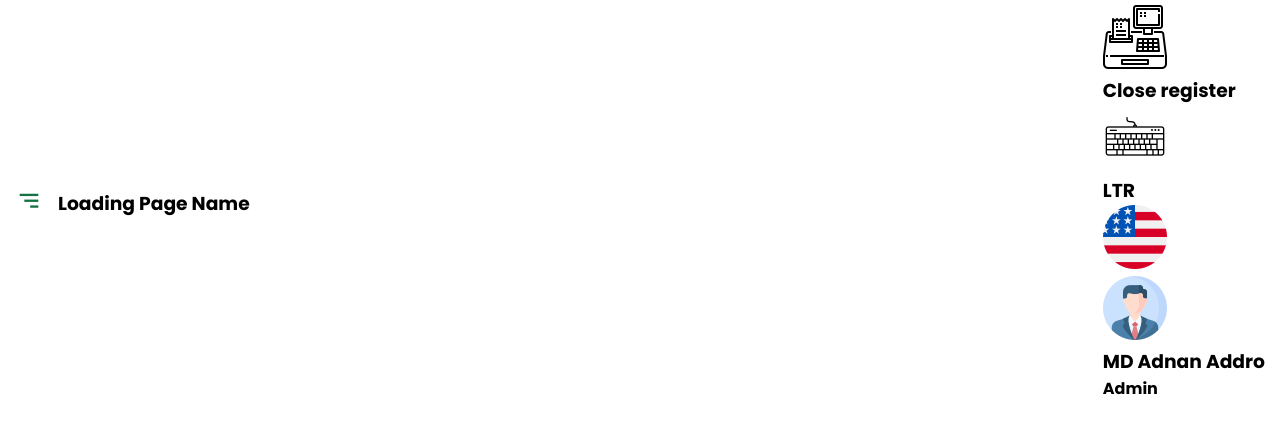
Repository: codebyaddro/pos-navbar
Page: index.html
The author's editor kept a copy of each file at every save. The page is drawn from the files as they stood at one save, then again after a run of saves.
The browser window is 1280 px wide. The pictures show the whole page.

Above is the page before, as saved 2025-02-13 14:48:19.

### index.html
<!DOCTYPE html>
<html lang="en">
<head>
    <meta charset="UTF-8">
    <meta name="viewport" content="width=device-width, initial-scale=1.0">
    <!-- CSS -->
    <link rel="stylesheet" href="/css/style.css">
    <!-- Icons -->
    <link href='https://unpkg.com/boxicons@2.1.4/css/boxicons.min.css' rel='stylesheet'>
    <title>Navbar - Block</title>
</head>
<body>
    <nav class="cba-nav-container">
        <div class="cba-nav-side-menu-toggle-icon-loading-pagename">
            <div class="cba-nav-side-menu-toggle-icon">
                <!-- toggle first icon -->
                <i class='t-icon-open bx bx-menu-alt-right' id="iconDisplay" onclick="toggleIcon()"></i>
                <!-- toggle second icon -->
                <!-- <i class='t-icon-close bx bx-menu-alt-left' id="iconDisplay" onclick="toggleIcon()"></i> -->
                <!--todo: one of the toggle icon should be commented-->
            </div>
            <div class="cba-nav-loading-pagename">
                <h3>Loading Page Name</h3>
            </div>
        </div>
        <div class="cba-nav-features-user-logo-name">
            <div class="cba-nav-features">
                <div class="cba-nav-close-counter">
                    <img src="/img/cash-register.png" alt="cash-register-img">
                    <h3>Close register</h3>
                </div>
                <div class="cba-nav-keyboard-shortcut">
                    <img src="/img/computer-keyboard.png" alt="keyboard-img">
                </div>
                <div class="cba-nav-ltr-rtl-switch">
                    <h3><span id="text">LTR</span></h3>
                </div>
                <div class="cba-nav-lang-switch" onclick="toggleImage()">
                    <img src="/img/united-states.png" title="English" alt="united-state-flag" id="image">
                </div>
            </div>
            <div class="cba-nav-user-logo-name">
                <div class="cba-nav-user-logo">
                    <img src="/img/User.png" alt="user-img">
                </div>
                <div class="cba-nav-user-name">
                    <div class="cba-nav-user-name">
                        <h3>MD Adnan Addro</h3>
                    </div>
                    <div class="cba-nav-user-role">
                        <h4>Admin</h4>
                    </div>
                </div>
            </div>
        </div>
    </nav>
    <!-- Javascript -->
    <script src="/script/main.js"></script>
</body>
</html>

### css/style.css
/* -- fonts -- */
@import url('https://fonts.googleapis.com/css2?family=Poppins:ital,wght@0,100;0,200;0,300;0,400;0,500;0,600;0,700;0,800;0,900;1,100;1,200;1,300;1,400;1,500;1,600;1,700;1,800;1,900&family=Raleway:ital,wght@0,100..900;1,100..900&family=Roboto:ital,wght@0,100;0,300;0,400;0,500;0,700;0,900;1,100;1,300;1,400;1,500;1,700;1,900&family=VT323&display=swap');

/* -- root -- */

:root {
    --gray-white: #F0F1F2; /* For body*/
    --white: #FFFFFF;
    --black: #000000;
    --gray-black: #DDDDDD;
    --light-black: #212523;
    --light-black-op: #21252350;
    --main-green: #157343;
    --main-light: #37A000;
    --light-orange: #FD7E14;
    --green: #008000;
    --light-green: #e9f6ec;
    --red: #FF0000;
    --light-red: #fbeaec;
}

/* -- universal style -- */

* {
    margin: 0;
    padding: 0;
    box-sizing: border-box;
    font-family: "Poppins", serif;
}

/* -- web app cursor element selection style -- */

::selection {
    color: var(--white);
    background-color: var(--main-light);
}

/* -- nav container style -- */

.cba-nav-container {
    display: flex;
    justify-content: space-between;
    align-items: center;
    padding: 5px 15px;
}

/* -- nav side menu toggle icon and loading pagename style -- */

.cba-nav-side-menu-toggle-icon-loading-pagename {
    display: flex;
    gap: 15px;
    align-items: center;
}

/* -- nav side menu toggle icon style -- */

.t-icon-open {
    color: var(--main-green);
    font-size: 1.75rem;
    cursor: pointer;
}

.t-icon-close {
    color: var(--main-green);
    font-size: 1.75rem;
    cursor: pointer;
}

/* -- nav loading pagename style -- */

.cba-nav-loading-pagename h3 {

}

### script/main.js
// JS function for Side Navigation Bar Toggle

function toggleIcon() {
    let icon = document.getElementById("iconDisplay");

    if (icon.classList.contains("bx-menu-alt-right")) {
        icon.classList.remove("bx-menu-alt-right");
        icon.classList.add("bx-menu-alt-left"); // Change to user alt left icon
    } else {
        icon.classList.remove("bx-menu-alt-left");
        icon.classList.add("bx-menu-alt-right"); // Change back to alt right icon
    }
}

// End of Side Navigation Bar Toggle

After the next 8 saves:
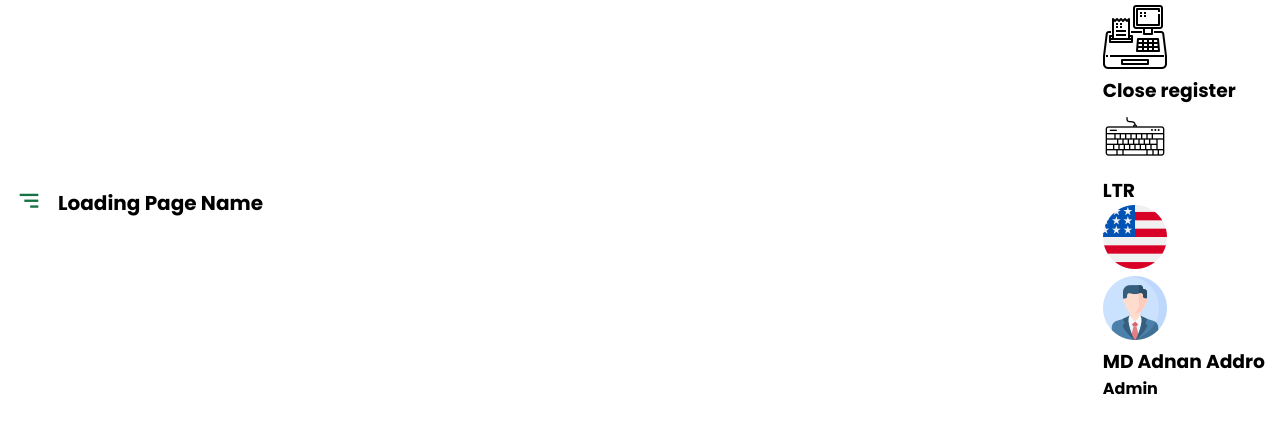
The 8 saves are shown as one change because they came seconds apart.
The last was saved 18 s later.
--- a/css/style.css
+++ b/css/style.css
@@ -69,5 +69,6 @@
 /* -- nav loading pagename style -- */
 
 .cba-nav-loading-pagename h3 {
-
+    color: var(--black);
+    font-size: 1.25rem;
 }
